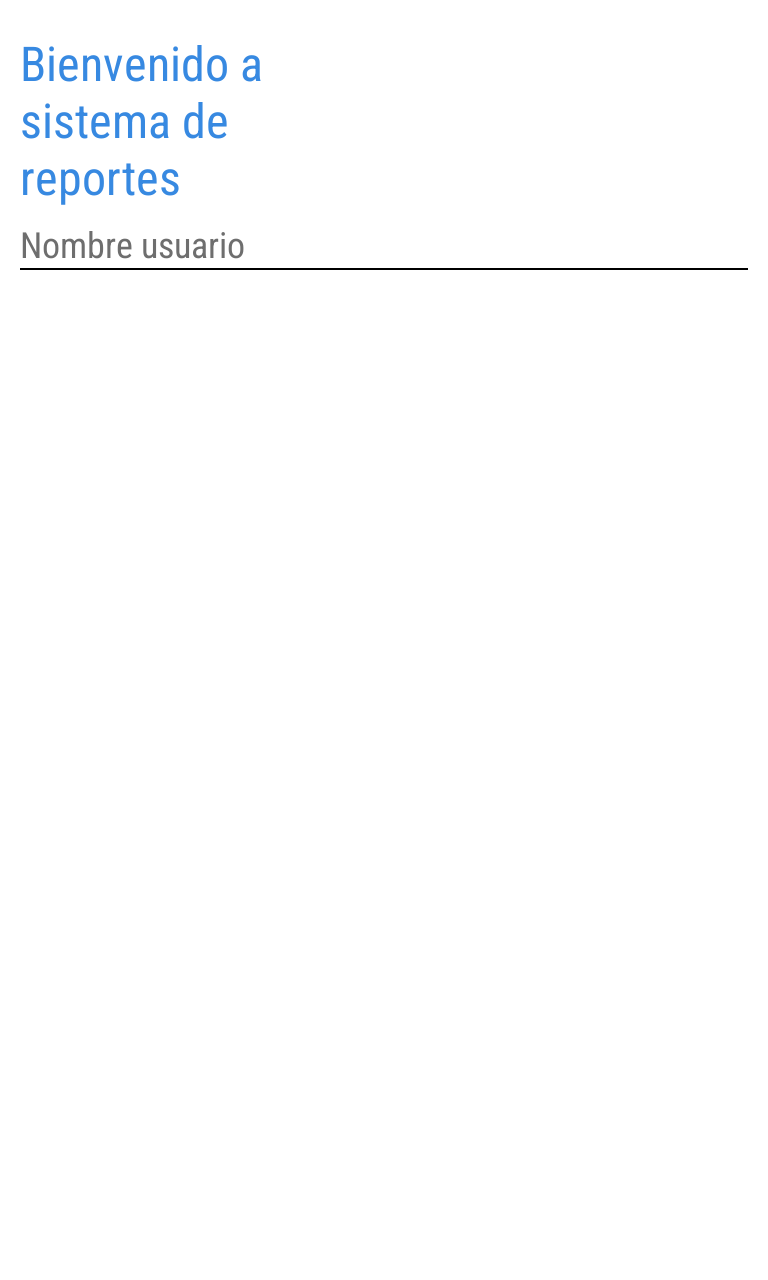
Repository: ramonramirezz/ReportesApp
Layout: Reportes/res/layout/welcome.xml
An editor plug-in stored every save of this project. The layout is shown before and after the next save, followed by the edit.
It is drawn on a 768 x 1280 px phone screen (xhdpi) without system bars, with theme AppTheme; the app's code is not run. The app's manifest (not shown) leaves right-to-left support off. So textAlignment, textDirection and layoutDirection are ignored, and left and right values win over start and end ones.

Above is the layout before, as saved 2015-11-21 18:46:43.

### Reportes/res/layout/welcome.xml
<?xml version="1.0" encoding="utf-8"?>
<LinearLayout xmlns:android="http://schemas.android.com/apk/res/android"
    android:layout_width="match_parent"
    android:layout_height="match_parent"
    android:orientation="vertical"
    android:textAlignment="center" >


    <LinearLayout
        android:layout_width="fill_parent"
        android:layout_height="wrap_content"
        android:layout_margin="10dp"
        android:orientation="vertical"

        >
        <TextView
	    	android:id="@+id/tvBienvenido"
	    	android:layout_width="188dp"
	    	android:layout_height="wrap_content"
	    	android:fontFamily="sans-serif-condensed"
	    	android:layout_marginTop="5dp"
	    	android:text="Bienvenido a sistema de reportes"
	    	android:textColor="#3789E1"
	    	android:textSize="24dp" />

		<TextView
	    	android:id="@+id/tvNombreUsuario"
	    	android:layout_width="wrap_content"
	    	android:layout_height="wrap_content"
	    	android:fontFamily="sans-serif-condensed"
	    	android:text="Nombre usuario"
	    	android:textColor="#6E6E6E"
	    	android:textSize="18dp"
	    	android:layout_marginTop="5dp"
	    />

		<View
 			android:layout_width="match_parent"
 			android:layout_height="1dp"
 			android:background="@android:color/black" />

		<ImageButton
		    android:src="@drawable/add"

		    />
    </LinearLayout>



</LinearLayout>

Loaded but not shown: Reportes/res/values/styles.xml (common file); Reportes/res/values-v11/styles.xml (common file); Reportes/res/values-v14/styles.xml (common file)

After the next save:
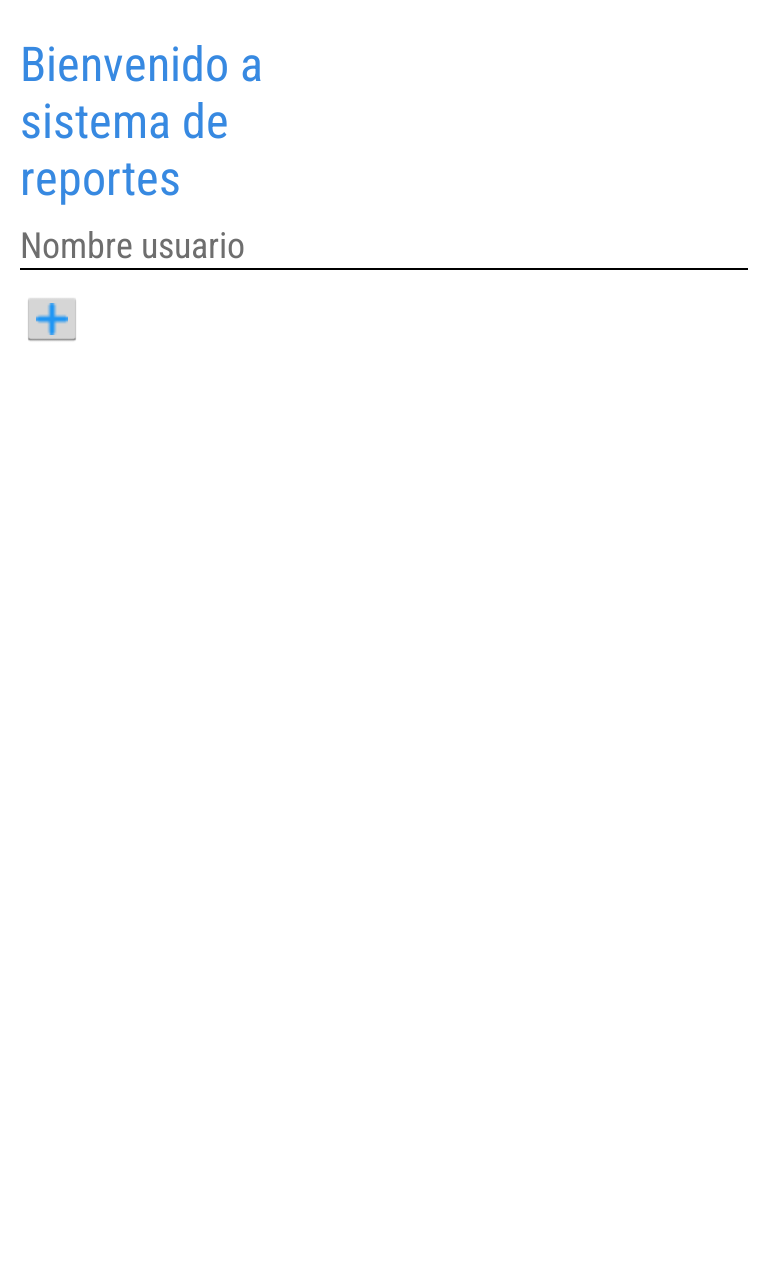
Saved 35 s later.
--- a/Reportes/res/layout/welcome.xml
+++ b/Reportes/res/layout/welcome.xml
@@ -40,9 +40,11 @@
  			android:background="@android:color/black" />
 
 		<ImageButton
-		    android:src="@drawable/add"
+		    android:layout_marginTop="10dp"
+		    android:layout_width="32dp"
+		    android:layout_height="29dp"
+		    android:src="@drawable/add" />
 
-		    />
     </LinearLayout>
 
 
